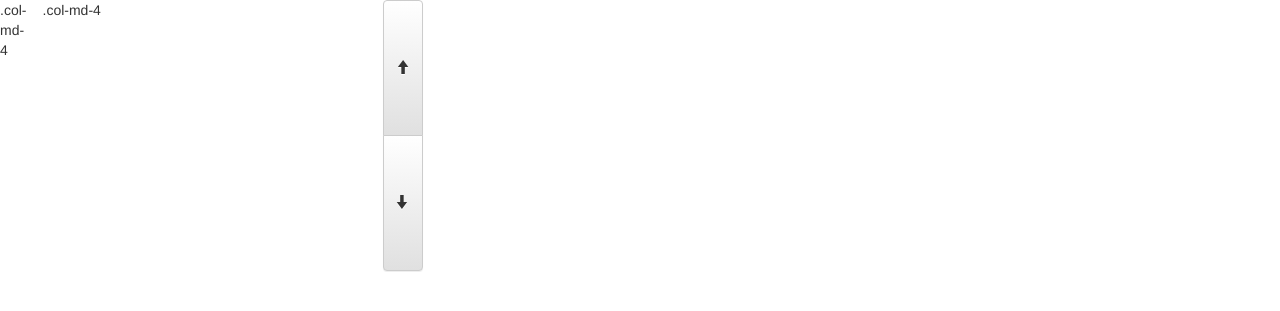
Repository: bmatusiak/bbb-usb-tool-nw
Page: index.html
The author's editor kept a record of every edit. The page is drawn from the files as they stood at one moment, then again after the next edit.
The browser window is 1280 px wide. The pictures show the whole page.

Above is the page before.
Console error: ReferenceError: global is not defined

### index.html
<!DOCTYPE html>
<html>

    <head>
        <title>USB-Tool</title>
        <meta name="viewport"
        content="width=device-width, initial-scale=1.0">

        <link rel="stylesheet" href="bootstrap/css/bootstrap.css" />
        <link rel="stylesheet" href="bootstrap/css/bootstrap-theme.css">
        <script src="js/jquery-1.8.2.min.js"></script>
        <style type="text/css">
            html,body{
                height:272px;
                width:480px;
                overflow:hidden;
            }
        </style>
    </head>

    <body>
        <div class="row" style="height:100%;" >
            <div class="col-xs-1">.col-md-4</div>
            <div class="col-xs-8">.col-md-4</div>
            <div class="col-xs-2">
                <div class="btn-group-vertical">
                  <button type="button" class="btn btn-default" style="height:136px;"><span class="glyphicon glyphicon-arrow-up"></span></button>
                  <button type="button" class="btn btn-default"style="height:136px;"><span class="glyphicon glyphicon-arrow-down"></span></button>
                </div>

            </div>
        </div>

        <script src="bootstrap/js/bootstrap.min.js"></script>

        <script src="main.js"></script>
    </body>

</html>

### main.js
var $ = global.$ = $;
var spawn = require('child_process').spawn

    function runCommand(cmd, done) {
        var c = cmd.split(" ");
        var Cmd = c.splice(0, 1);
        var runC = spawn(Cmd, c);
        var runCout = "";
        var runCerr = "";

        if (!done) done = function() {};

        runC.stdout.on('data', function(data) {
            runCout += data.toString();
        });

        runC.stderr.on('data', function(data) {
            runCerr += data.toString();
        });

        runC.on('close', function(code) {
            alert(runCerr);
            alert(runCout);
            done();
        });
    }

var gui = require('nw.gui');
var win = gui.Window.get();

$(document).ready(function() {
    win.resizeTo(window.screen.availWidth, window.screen.availHeight);
});

var fs = require('fs');

function setupFiles(fpath) {
    fs.readdir(fpath, function(err, files) {
        if (err) throw err;
        for (var i in files) {
            var theFile = $('<button type="button" class="file btn btn-default btn-block" data-fpath="' + fpath + '">' + files[i] + '</button>');
            theFile.appendTo("#files");
            theFile.click(function() {
                $(".file").removeClass("btn-warning");
                $(this).addClass("btn-warning");
            });
        }
    });
}

setupFiles("/mnt/microsd");

$("#btn-ok").click(function() {
    var file = $(".file.btn-warning").data("fpath") + "/" + $(".file.btn-warning").text();
    //alert(file);
    runCommand("rmmod g_mass_storage", function() {
        $(".btn-primary").removeClass("btn-primary");

        runCommand("modprobe g_mass_storage file=" + file + " cdrom=1", function() {
            $(".file.btn-warning").removeClass("btn-warning").addClass("btn-primary");
        });
    })

})

Loaded but not shown: bootstrap/css/bootstrap.css (library); bootstrap/css/bootstrap-theme.css (library); js/jquery-1.8.2.min.js (library); bootstrap/js/bootstrap.min.js (library)

After the next edit:
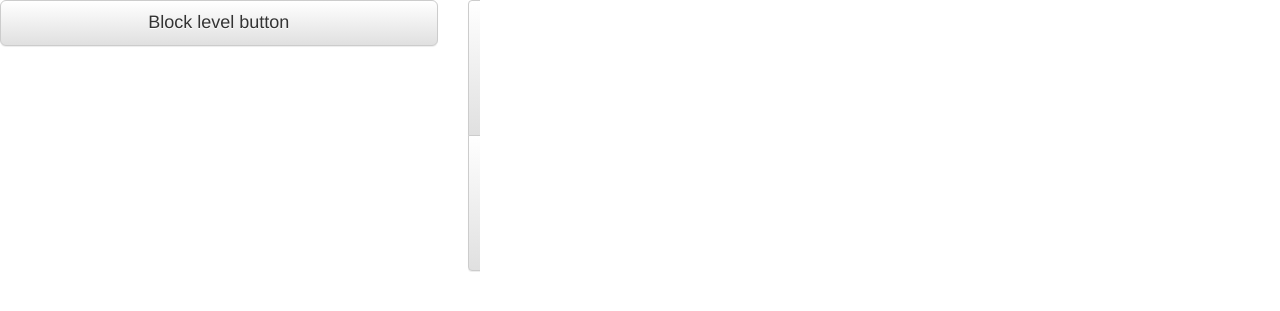
The edit:
--- a/index.html
+++ b/index.html
@@ -19,10 +19,9 @@
     </head>
 
     <body>
-        <div class="row" style="height:100%;" >
-            <div class="col-xs-1">.col-md-4</div>
-            <div class="col-xs-8">.col-md-4</div>
-            <div class="col-xs-2">
+        <div class="row" >
+            <div class="col-xs-11"><button type="button" class="btn btn-default btn-lg btn-block">Block level button</button></div>
+            <div class="col-xs-1">
                 <div class="btn-group-vertical">
                   <button type="button" class="btn btn-default" style="height:136px;"><span class="glyphicon glyphicon-arrow-up"></span></button>
                   <button type="button" class="btn btn-default"style="height:136px;"><span class="glyphicon glyphicon-arrow-down"></span></button>
